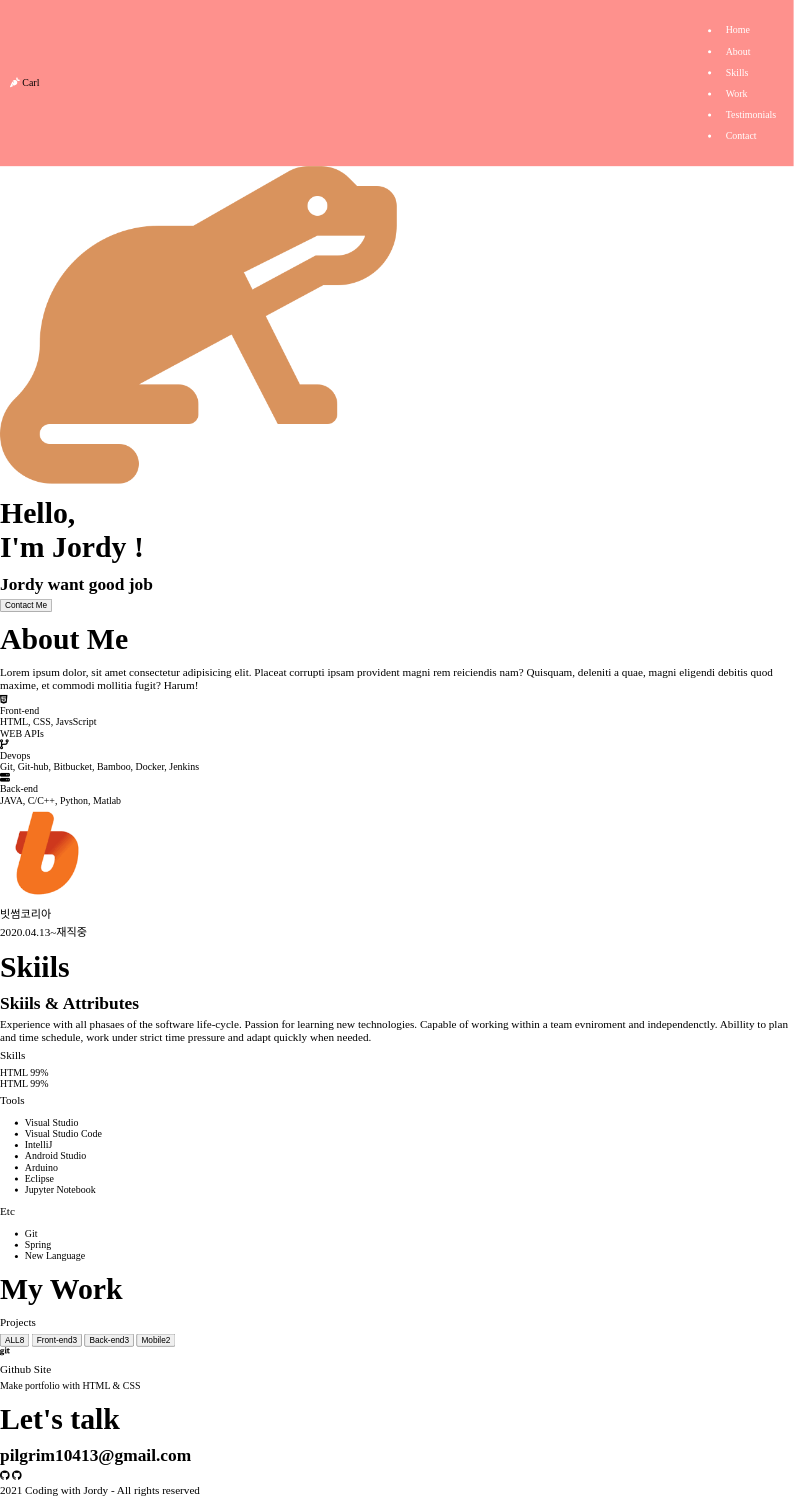
Repository: pilgrim13/Portfolio
Page: index.html
The author's editor kept a copy of each file at every save. The page is drawn from the files as they stood at one save, then again after the next save.
The browser window is 1280 px wide. The pictures show the whole page, at 62% of full size.
Some web libraries are served in a nearby version.

Above is the page before, as saved 2021-01-11 17:47:48.

After the next save:
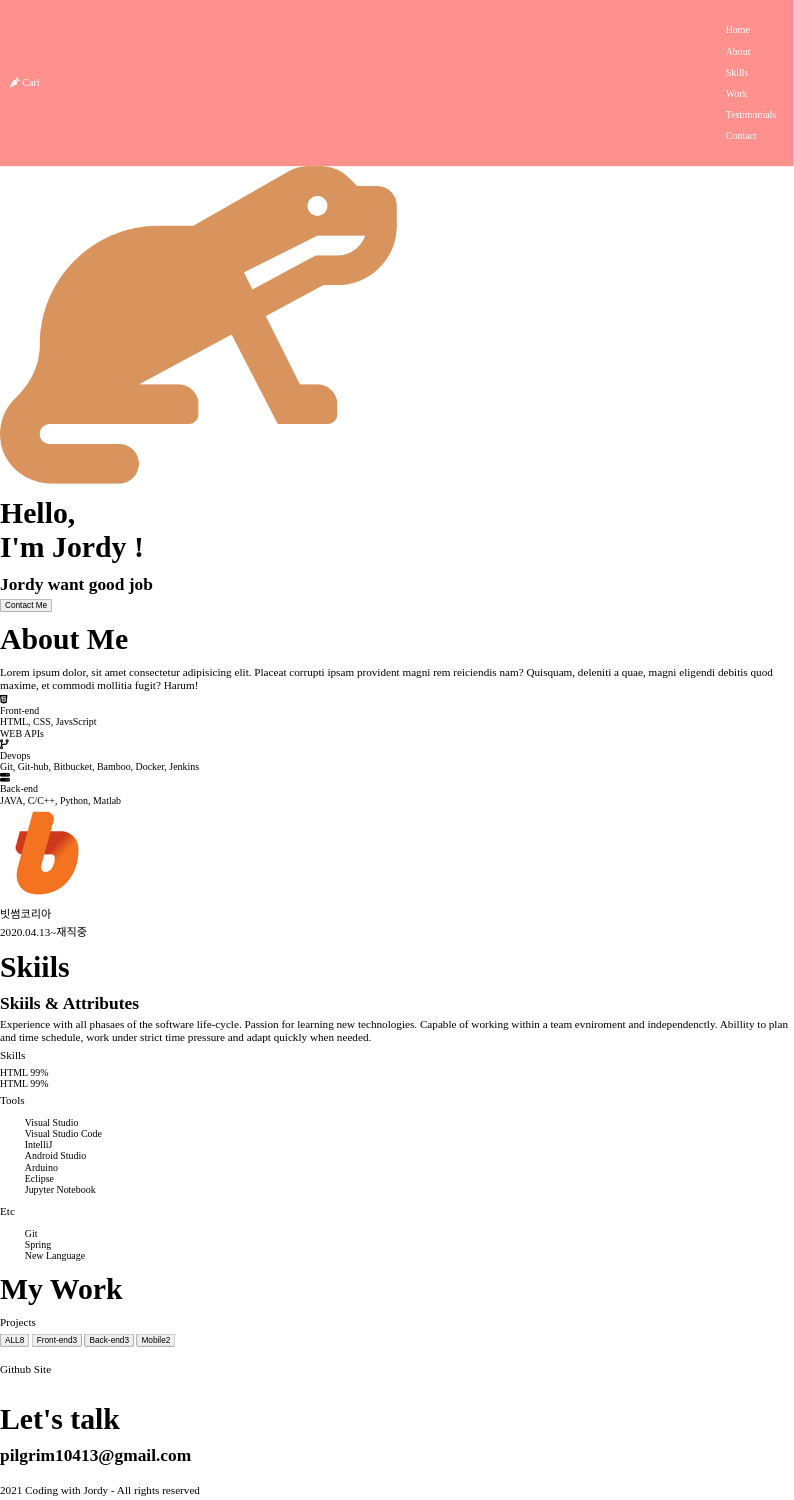
Saved 19 s later.
--- a/style.css
+++ b/style.css
@@ -42,8 +42,11 @@
 
 a {
 	text-decoration: none;
-	color: black;
-	/* color: var(--color-white); */
+	color: var(--color-white);
+}
+
+ul {
+	list-style: none;
 }
 
 /* Typography */
